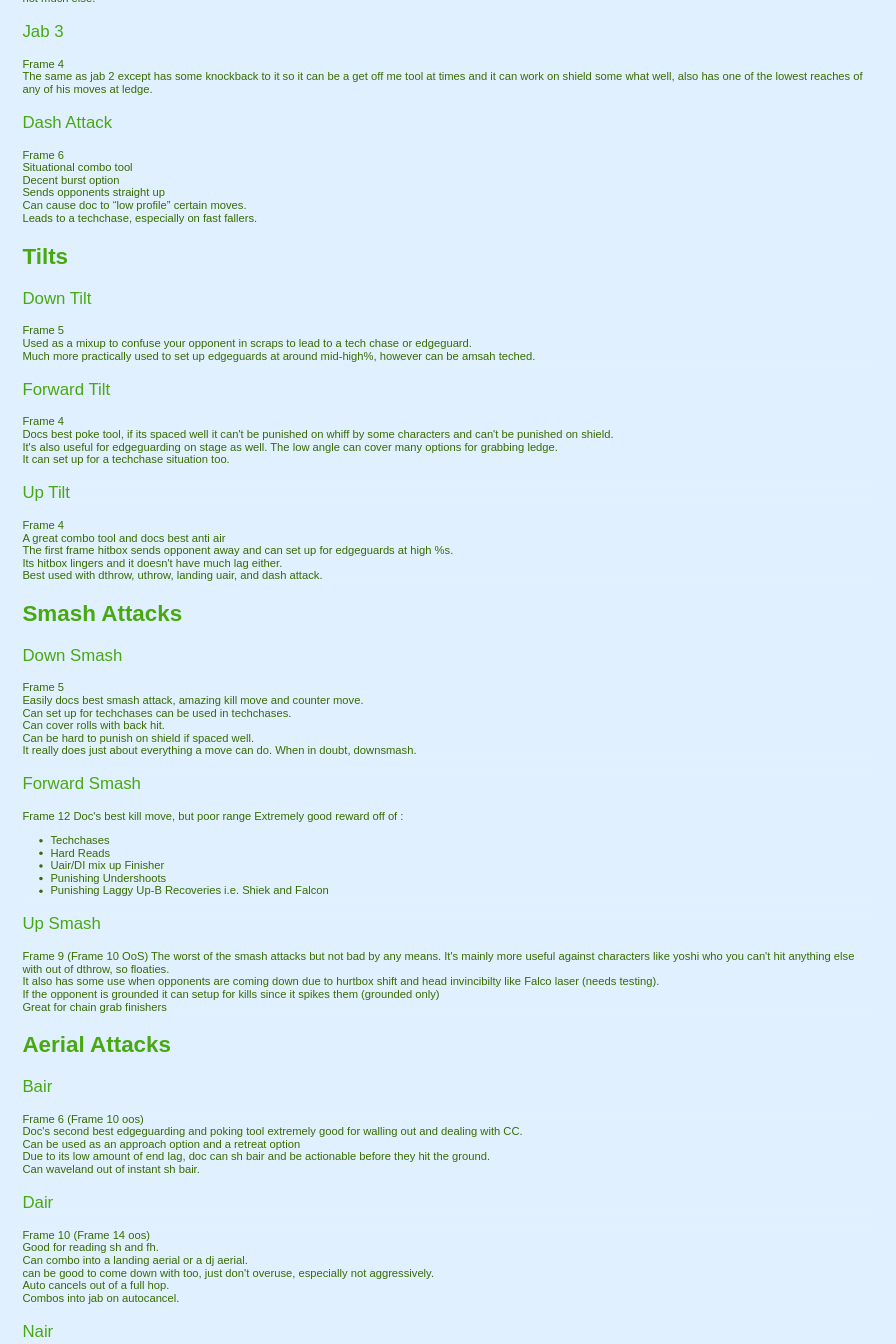
Repository: MatthewBakley/Doc-Document
Page: / (app in melee-doc-web/)
An editor plug-in stored every save of this project. The page is shown before and after the next save, followed by the edit.
The browser window is 1280 px wide. The pictures show the part of the page from y = 692 to 2612 px (the page is 4437 px tall before and 4455 px after), at 70% of full size.
The project was rebuilt for these pictures with package versions that can differ from the ones it lists, and the page was loaded fresh each time. Also part of the build but not shown: melee-doc-web/angular.json.

Above is the page before, as saved 2022-11-11 11:21:48.

After the next save:
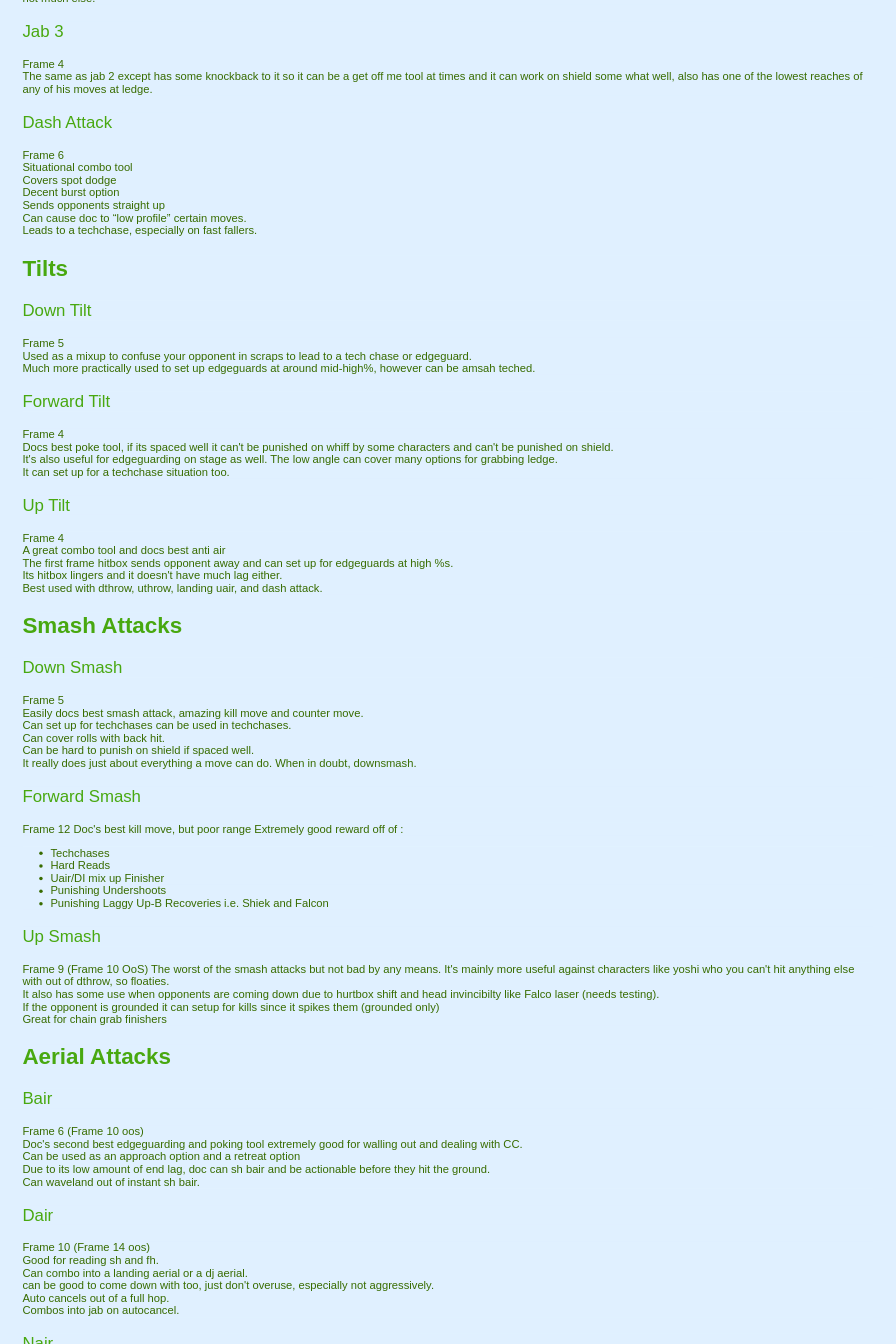
Saved 58 s later.
--- a/melee-doc-web/src/app/app.component.html
+++ b/melee-doc-web/src/app/app.component.html
@@ -40,6 +40,7 @@
 <p>
   Frame 6<br>
   Situational combo tool<br>
+  Covers spot dodge<br>
   Decent burst option<br>
   Sends opponents straight up<br>
   Can cause doc to “low profile” certain moves.<br>
